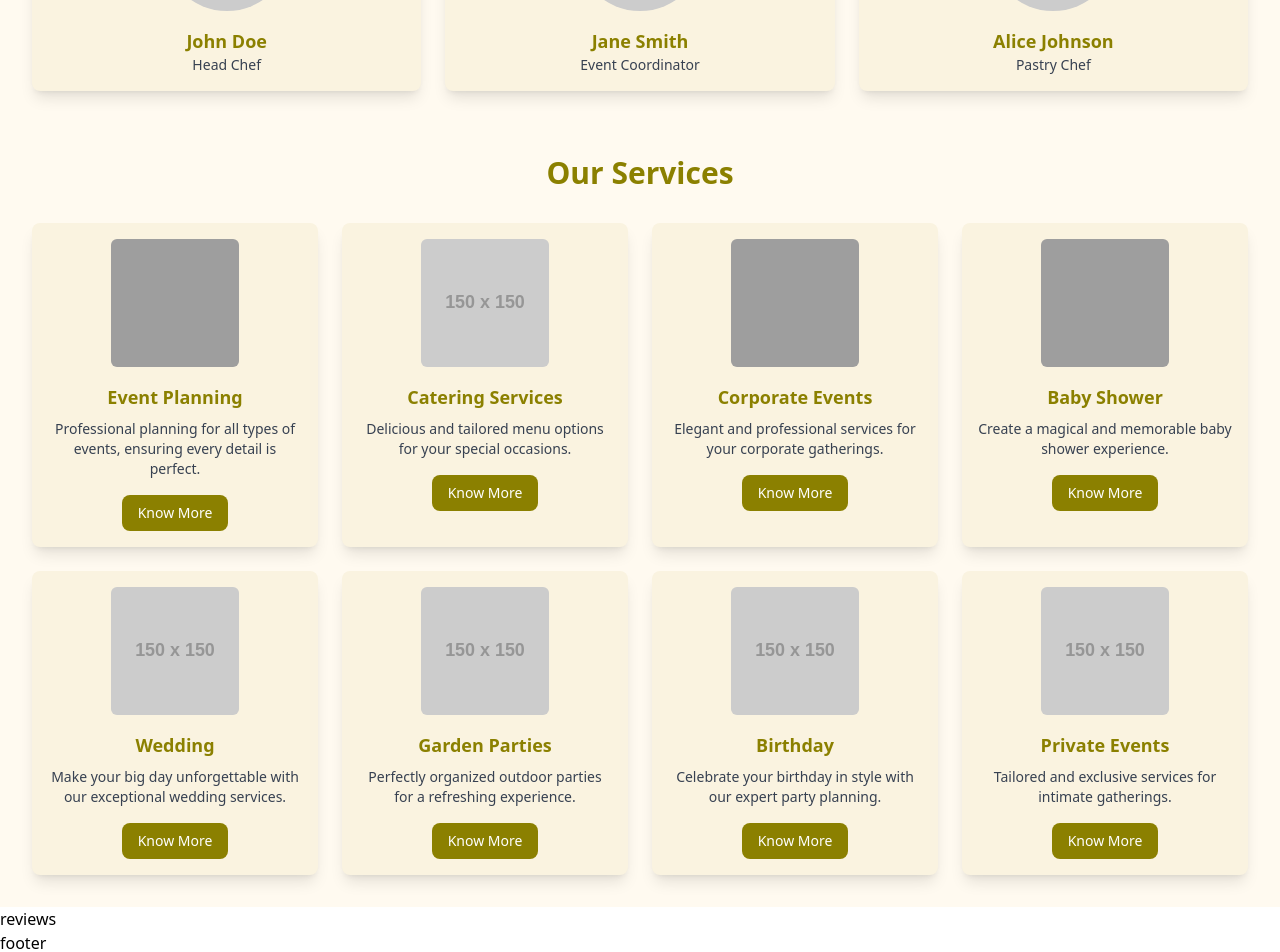
Repository: makanda596/compactchef
Page: /
The author's editor kept a copy of each file at every save. The page is drawn from the files as they stood at one save, then again after a run of saves.
The browser window is 1280 px wide. The pictures show the part of the page from y = 1701 to 2653 px (the page is 2752 px tall).
Pictures or frames that could not be fetched are drawn as grey boxes. The project was rebuilt for these pictures with package versions that can differ from the ones it lists, and the page was loaded fresh each time.

Above is the page before, as saved 2025-01-07 18:49:44.

### public/index.html
<!DOCTYPE html>
<html lang="en">
  <head>
    <meta charset="utf-8" />
    <link rel="icon" href="./logo.jpg" />
    <meta name="viewport" content="width=device-width, initial-scale=1" />

    <link rel="apple-touch-icon" href="./logo.jpg" />


    <title>CompactChef Events</title>
  </head>
  <body>
    <div id="root"></div>
  </body>
</html>

### src/App.js
import Home from './pages/Home.jsx'
import Services from './pages/Services.jsx'
import Menu from './pages/Menu.jsx'
import Contact from './pages/Contact.jsx'
import Book from './pages/Book.jsx'
function App() {
  return (
    <>
      <Home />
      <Services />
      <Menu />
      <Contact />
      <Book />
    </>
  );
}

export default App;

### src/pages/Home.jsx
import React from 'react'
import Hero from '../components/Hero.jsx'
import Client from '../components/Client.jsx'
import About from '../components/About.jsx'
import Reviews from '../components/Reviews.jsx'
import Footer from '../components/Footer.jsx'
import Navbar from '../components/Navbar.jsx'
function Home() {
    return (
        <div>
            <Navbar />
            <Hero />
            <Client />
            <About />
            <Reviews />
            <Footer />
        </div>
    )
}

export default Home

### src/pages/Services.jsx
import React from 'react'

function Services() {
    return (
        <div>
            Services
        </div>
    )
}

export default Services

### src/pages/Menu.jsx
import React from 'react'

function Menu() {
    return (
        <div>
            menu
        </div>
    )
}

export default Menu

### src/pages/Contact.jsx
import React from 'react'

function Contact() {
    return (
        <div>
            contact
        </div>
    )
}

export default Contact

### src/pages/Book.jsx
import React from 'react'

function Book() {
    return (
        <div>
            book
        </div>
    )
}

export default Book

### src/components/Hero.jsx
import React from 'react';
import event from '../assets/event.jpg'
import cake from '../assets/cake.jpg'
function Hero() {
    const herofiles = [
        {
            id: 1,
        },
        {
            id: 1,
            img: "https://res.cloudinary.com/db5pgr14l/image/upload/v1736261948/compactChef/jexwbm6cu6letodrhwga.jpg"
        },
        {
            id: 1,
            img: "https://res.cloudinary.com/db5pgr14l/image/upload/v1736261950/compactChef/pmne88kacyveovx5736t.jpg"
        },
        {
            id: 1,
        }
        ,
        {
            id: 1,
            img: event
        },
        {
            id: 1,
        },
        {
            id: 1,
        },


    ]
    return (

        <div className="grid md:grid-cols-2 gap-4 my-2 px-2 pt-20">
            <div className="relative flex flex-col h-screen">
                <img src="https://res.cloudinary.com/db5pgr14l/image/upload/v1736261950/compactChef/qpq1t8gpht4m4uktjvhd.jpg" alt="Hero" className="object-cover w-full h-full" />
                <div className="absolute top-0 left-0 w-full h-full bg-yellow-500 bg-opacity-20 flex flex-col justify-center items-center text-white p-8">
                    <h1 className="text-4xl font-bold text-center text-white">COMPACT CHEFS EVENTS AND CATERERS</h1>
                    <p className="mt-4 text-3xl text-center">Where your food speaks for your taste</p>
                    <button className="mt-6 bg-orange-500 px-6 py-2 rounded text-white-500 hover:bg-gray-700">BOOK WITH US</button>
                </div>
            </div>

            <div className="gap-4 p-12">
                <div className="grid grid-cols-4 gap-4 mb-4">
                    {herofiles.slice(0, 4).map((item, index) => (
                        <img
                            src={item.img}
                            alt=""
                            key={index}
                            className="h-64 w-full rounded-lg object-cover"
                        />
                    ))}
                </div>

                <div className="grid grid-cols-3 gap-4 mb-4">
                    {herofiles.slice(4, 7).map((item, index) => (
                        <img
                            src={item.img}
                            alt=""
                            key={index}
                            className="h-64 w-full rounded-lg object-cover"
                        />
                    ))}
                </div>

                <div className="grid grid-cols-4 gap-4">
                    {herofiles.slice(7, 11).map((item, index) => (
                        <img
                            src={item.img}
                            alt=""
                            key={index}
                            className="h-64 w-full rounded-lg object-cover"
                        />
                    ))}
                </div>
            </div>



        </div>
    );
}

export default Hero;

### src/components/Client.jsx
import React from 'react'

import hero from '../assets/hero.jpg';
import event from '../assets/event.jpg'
import cake from '../assets/cake.jpg'
function Client() {
    const clients = [
        {
            id: 1,
            img: hero,
            name: 'organization'
        },
        {
            id: 1,
            img: cake,
            name: 'organization'

        },
        {
            id: 1,
            img: event,
            name: 'organization'

        },
        {
            id: 1,
            img: hero,
            name: 'organization'

        }
        ,
        {
            id: 1,
            img: event,
            name: 'organization'

        },
        {
            id: 1,
            img: hero,


        },
        {
            id: 1,
            img: hero
        },


    ]
    return (
        <div className="px-4 py-0">
            <div className="overflow-hidden">
                <div className="flex animate-slide  ">
                    {clients.map((client, index) => (
                        <div key={index} className=" flex-row  justify-items-center mx-2 ">
                            <img
                                src={client.img}
                                alt={client.name}
                                className="h-20 w-20 rounded-full object-cover"
                            />
                            <p className="ml-4 text-lg ">{client.name}</p>
                        </div>
                    ))}
                </div>
            </div>
        </div>

    )
}

export default Client

### src/components/About.jsx
import React from 'react';

function About() {
    const services = [
        {
            name: "Event Planning",
            description: "Professional planning for all types of events, ensuring every detail is perfect.",
            image: "https://res.cloudinary.com/db5pgr14l/image/upload/v1736264342/compactChef/a8jba9dz0qq0wnfzacjg.jpg", // Replace with actual image URL
        },
        {
            name: "Catering Services",
            description: "Delicious and tailored menu options for your special occasions.",
            image: "https://via.placeholder.com/150", // Replace with actual image URL
        },
        {
            name: "Corporate Events",
            description: "Elegant and professional services for your corporate gatherings.",
            image: "https://res.cloudinary.com/db5pgr14l/image/upload/v1736264671/compactChef/rzduwk5ix2dmgjv1m0at.jpg", // Replace with actual image URL
        },
        {
            name: "Baby Shower",
            description: "Create a magical and memorable baby shower experience.",
            image: "https://res.cloudinary.com/db5pgr14l/image/upload/v1736264937/babyshower_vodjfd.jpg", // Replace with actual image URL
        },
        {
            name: "Wedding",
            description: "Make your big day unforgettable with our exceptional wedding services.",
            image: "https://via.placeholder.com/150", // Replace with actual image URL
        },
        {
            name: "Garden Parties",
            description: "Perfectly organized outdoor parties for a refreshing experience.",
            image: "https://via.placeholder.com/150", // Replace with actual image URL
        },
        {
            name: "Birthday",
            description: "Celebrate your birthday in style with our expert party planning.",
            image: "https://via.placeholder.com/150", // Replace with actual image URL
        },
        {
            name: "Private Events",
            description: "Tailored and exclusive services for intimate gatherings.",
            image: "https://via.placeholder.com/150", // Replace with actual image URL
        },
    ];
    const teamMembers = [
        {
            name: "John Doe",
            position: "Head Chef",
            image: "https://via.placeholder.com/150", // Replace with actual image URL
        },
        {
            name: "Jane Smith",
            position: "Event Coordinator",
            image: "https://via.placeholder.com/150", // Replace with actual image URL
        },
        {
            name: "Alice Johnson",
            position: "Pastry Chef",
            image: "https://via.placeholder.com/150", // Replace with actual image URL
        },
    ];

    return (
        <div>
            {/* About Section */}
            <section className="flex flex-wrap items-center justify-between p-8 mt-4 bg-[#f5f5dc]">
                {/* Left Side (Image) */}
                <div className="w-full md:w-1/2 mb-4 md:mb-0">
                    <img
                        src="https://res.cloudinary.com/db5pgr14l/image/upload/v1736261958/compactChef/rbllj9bnxq8yzdbe9cdw.jpg"
                        alt="Compact Chef Events and Caterers"
                        className="w-full h-96 rounded-lg object-contain"
                    />
                </div>

                {/* Right Side (Content) */}
                <div className="w-full md:w-1/2 md:pl-8">
                    <h2 className="text-2xl md:text-3xl font-bold text-[#8b8000] mb-4">
                        About Compact Chef Events and Caterers
                    </h2>
                    <p className="text-base md:text-lg text-gray-700 mb-4">
                        Compact Chef Events and Caterers specializes in delivering exceptional culinary experiences for all types of events. Whether you're hosting an intimate gathering, a corporate event, or a large celebration, we bring the finest food and hospitality to your occasion. Our team of expert chefs and event planners ensure that every detail is handled with care to make your event a memorable one.
                    </p>
                    <p className="text-base md:text-lg text-gray-700 mb-6">
                        From exquisite menu options to flawless event execution, we pride ourselves on providing personalized services that cater to your specific needs. Let us take care of the catering, so you can enjoy your event stress-free.
                    </p>

                    <a
                        href="#contact"
                        className="bg-[#8b8000] text-white py-2 px-6 rounded-lg text-lg hover:bg-[#a08d00] transition-colors duration-300"
                    >
                        Contact Us
                    </a>
                </div>
            </section>

            {/* Our Team Section */}
            <section className="p-8 bg-[#fffaf0]">
                <h2 className="text-3xl font-bold text-[#8b8000] text-center mb-8">Our Team</h2>
                <div className="grid grid-cols-1 sm:grid-cols-2 md:grid-cols-3 gap-6">
                    {teamMembers.map((member, index) => (
                        <div
                            key={index}
                            className="flex flex-col items-center bg-[#faf3e0] p-4 rounded-lg shadow-lg"
                        >
                            <img
                                src={member.image}
                                alt={member.name}
                                className="w-32 h-32 object-cover rounded-full mb-4"
                            />
                            <h3 className="text-lg font-bold text-[#8b8000]">{member.name}</h3>
                            <p className="text-sm text-gray-700">{member.position}</p>
                        </div>
                    ))}
                </div>
            </section>
            <section className="p-8 bg-[#fffaf0]">
                <h2 className="text-3xl font-bold text-[#8b8000] text-center mb-8">Our Services</h2>
                <div className="grid grid-cols-2 sm:grid-cols-2 md:grid-cols-3 lg:grid-cols-4 gap-6">
                    {services.map((service, index) => (
                        <div
                            key={index}
                            className="flex flex-col items-center bg-[#faf3e0] p-4 rounded-lg shadow-lg"
                        >
                            <img
                                src={service.image}
                                alt={service.name}
                                className="w-32 h-32 object-cover rounded-md mb-4"
                            />
                            <h3 className="text-lg font-bold text-[#8b8000] mb-2">{service.name}</h3>
                            <p className="text-sm text-gray-700 mb-4 text-center">{service.description}</p>
                            <button className="bg-[#8b8000] text-white py-2 px-4 rounded-lg text-sm hover:bg-[#a08d00] transition-colors duration-300">
                                Know More
                            </button>
                        </div>
                    ))}
                </div>
            </section>
        </div>
    );
}

export default About;

### src/components/Reviews.jsx
import React from 'react'

function Reviews() {
    return (
        <div>
            reviews

        </div>
    )
}

export default Reviews

### src/components/Footer.jsx
import React from 'react'

function Footer() {
    return (
        <div>
            footer
        </div>
    )
}

export default Footer

### src/components/Navbar.jsx
import React, { useState } from "react";
import logo from '../assets/logo.jpg'
const Navbar = () => {
    const [isOpen, setIsOpen] = useState(false);

    return (
        <nav className="bg-gold shadow-lg fixed top-0 z-50 w-full">
            <div className="container mx-auto px-4 flex justify-between items-center h-16">

                <div className="text-white font-bold text-2xl flex space-x-4">
                    <img src={logo} alt="" className="w-10 rounded-lg object-cover" />
                    <p>Compact Chefs</p></div>

                <div className="lg:hidden">
                    <button
                        onClick={() => setIsOpen(!isOpen)}
                        className="text-white focus:outline-none"
                    >
                        <svg
                            className="w-6 h-6"
                            xmlns="http://www.w3.org/2000/svg"
                            fill="none"
                            viewBox="0 0 24 24"
                            stroke="currentColor"
                        >
                            {isOpen ? (
                                <path
                                    strokeLinecap="round"
                                    strokeLinejoin="round"
                                    strokeWidth="2"
                                    d="M6 18L18 6M6 6l12 12"
                                />
                            ) : (
                                <path
                                    strokeLinecap="round"
                                    strokeLinejoin="round"
                                    strokeWidth="2"
                                    d="M4 6h16M4 12h16M4 18h16"
                                />
                            )}
                        </svg>
                    </button>
                </div>

                {/* Links for Desktop */}
                <div className="hidden lg:flex space-x-6">
                    <a href="#home" className="text-white hover:underline">
                        Home
                    </a>
                    <a href="#services" className="text-white hover:underline">
                        Services
                    </a>
                    <a href="#menu" className="text-white hover:underline">
                        Menu
                    </a>
                    <a href="#contact" className="text-white hover:underline">
                        Contact
                    </a>
                    <a href="#book-us" className="text-white hover:underline">
                        Book Us
                    </a>
                </div>
            </div>

            {/* Mobile Menu */}
            {isOpen && (
                <div className="lg:hidden bg-orange-400">
                    <a
                        href="#home"
                        className="block py-2 px-4 text-white hover:bg-orange-300"
                    >
                        Home
                    </a>
                    <a
                        href="#services"
                        className="block py-2 px-4 text-white hover:bg-orange-300"
                    >
                        Services
                    </a>
                    <a
                        href="#menu"
                        className="block py-2 px-4 text-white hover:bg-orange-300"
                    >
                        Menu
                    </a>
                    <a
                        href="#contact"
                        className="block py-2 px-4 text-white hover:bg-orange-300"
                    >
                        Contact
                    </a>
                    <a
                        href="#book-us"
                        className="block py-2 px-4 text-white hover:bg-orange-300"
                    >
                        Book Us
                    </a>
                </div>
            )}
        </nav>
    );
};

export default Navbar;

### tailwind.config.js
/** @type {import('tailwindcss').Config} */
module.exports = {
  content: [
    "./src/**/*.{js,jsx,ts,tsx}",
  ],
  theme: {
    extend: {
      animation: {
        'slide': 'slide 30s linear infinite',
      },
      colors: {
        gold: '#FFD700', // Gold color
      },
      keyframes: {
        slide: {
          '0%': { transform: 'translateX(100%)' },
          '100%': { transform: 'translateX(-100%)' },
        },
      },
    },
  },
  plugins: [],


}

Loaded but not shown: src/index.js (common file); src/index.css (common file); src/reportWebVitals.js (common file)

After the next 2 saves:
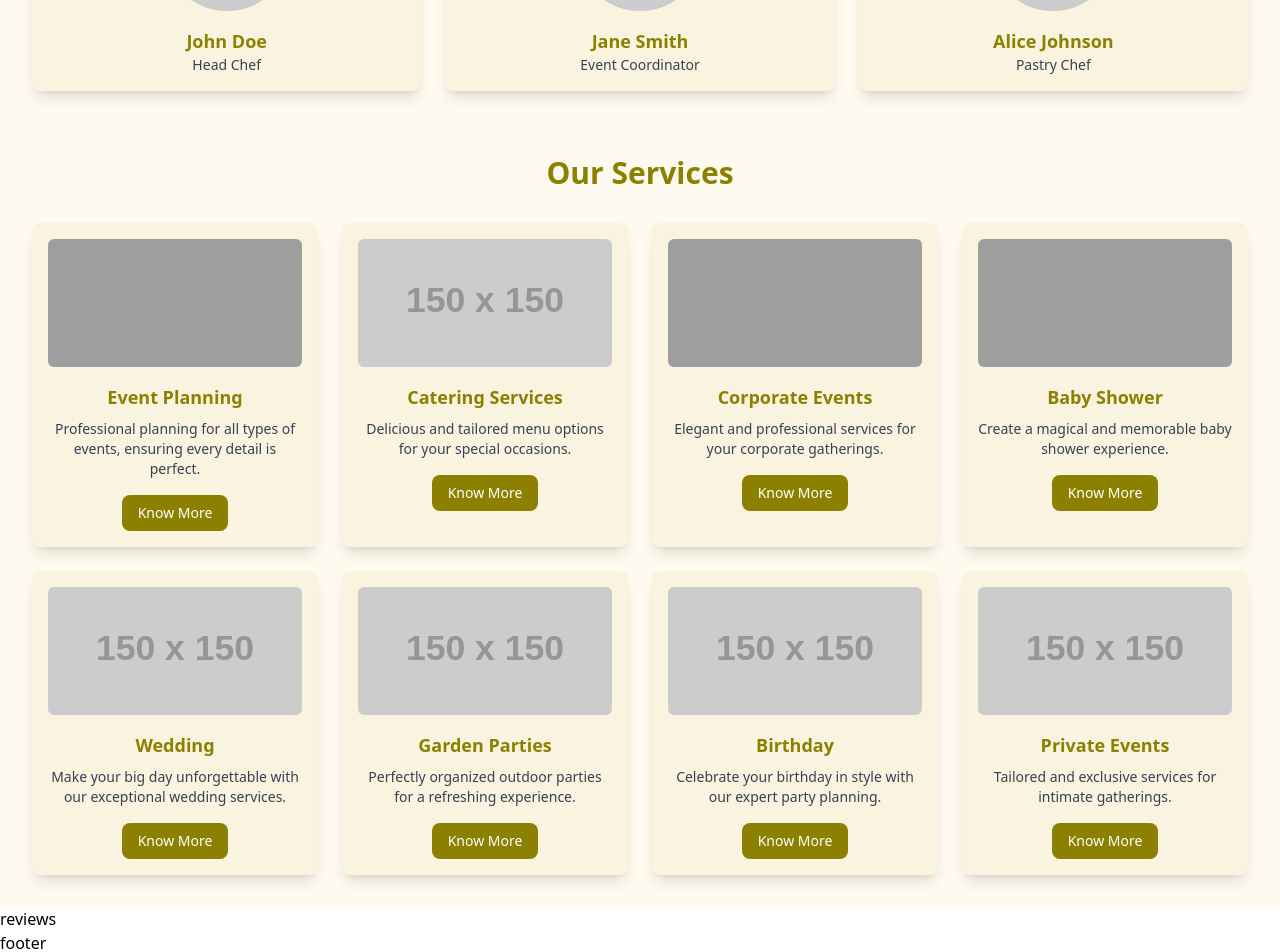
The 2 saves are shown as one change because they came seconds apart.
The last was saved 21 s later.
--- a/src/components/About.jsx
+++ b/src/components/About.jsx
@@ -126,7 +126,7 @@ function About() {
                             <img
                                 src={service.image}
                                 alt={service.name}
-                                className="w-32 h-32 object-cover rounded-md mb-4"
+                                className="w-full h-32 object-cover rounded-md mb-4"
                             />
                             <h3 className="text-lg font-bold text-[#8b8000] mb-2">{service.name}</h3>
                             <p className="text-sm text-gray-700 mb-4 text-center">{service.description}</p>
